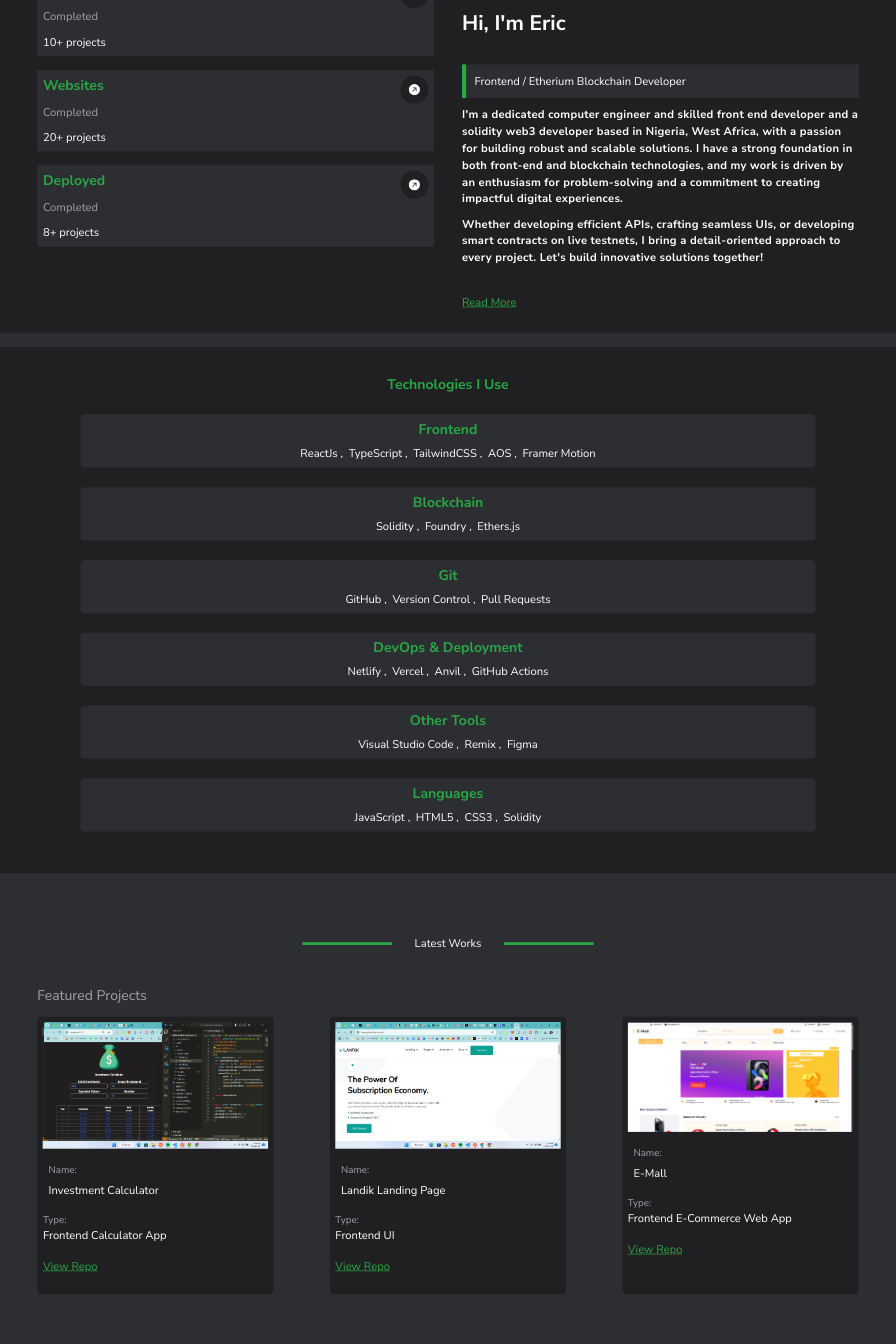
Repository: Rickyy1017/eric-portt
Page: /
An editor plug-in stored every save of this project. The page is shown before and after a run of saves, followed by the edit.
The browser window is 1280 px wide. The pictures show the part of the page from y = 600 to 2520 px (the page is 3998 px tall), at 70% of full size.
The page's requests for data from a server got no answer. The project was rebuilt for these pictures with package versions that can differ from the ones it lists, and the page was loaded fresh each time. No one was signed in, and anything a server would have sent is missing. Also part of the build but not shown: vite.config.js, src/components/loader.css, src/components/sending.css, src/components/Sending.jsx, src/components/Contact.jsx, src/components/About.jsx, src/components/ErrorBoundary.jsx.

Above is the page before, as saved 2025-05-22 09:42:27.

### index.html
<!doctype html>
<html lang="en">

<head>
  <meta charset="UTF-8" />
  <!-- <link rel="icon" type="image/svg+xml" href="/vite.svg" /> -->
  <meta name="viewport" content="width=device-width, initial-scale=1.0" />
  <link rel="stylesheet" href="https://unpkg.com/aos@next/dist/aos.css" />
  <title>Erik</title>
</head>

<body>
  <div id="root"></div>
  <script type="module" src="/src/main.jsx"></script>
  <script type="text/javascript" src="https://cdn.jsdelivr.net/npm/@emailjs/browser@4/dist/email.min.js">
  </script>
  <script>
    // Save scroll position before the page unloads
    window.addEventListener('beforeunload', () => {
      localStorage.setItem('scrollPosition', window.scrollY);
    });

    // Restore scroll position on page load with smooth scroll effect
    window.addEventListener('load', () => {
      const scrollPosition = localStorage.getItem('scrollPosition');
      if (scrollPosition) {
        window.scrollTo(0, 0);

        // Smoothly scroll to saved position after a slight delay
        requestAnimationFrame(() => {
          window.scrollTo({
            top: parseInt(scrollPosition, 10),
            behavior: 'smooth'
          });
        });
      }
    });

  </script>
</body>

</html>

### src/main.jsx
import React, { StrictMode, useEffect } from 'react';
import { createRoot } from 'react-dom/client';
import './index.css';
import App from './App.jsx';
import 'aos/dist/aos.css'; // Import AOS styles
import AOS from 'aos';
import { Toaster } from 'react-hot-toast';

function Main() {
  useEffect(() => {
    AOS.init({
      once:false
    });
  }, []);

  return <App />;
}

createRoot(document.getElementById('root')).render(
  <StrictMode>
    <Main />
    <Toaster/>
  </StrictMode>
);

### src/index.css
@import url('https://fonts.googleapis.com/css2?family=Nunito+Sans:ital,opsz,wght@0,6..12,200..1000;1,6..12,200..1000&family=Rubik:ital,wght@0,300..900;1,300..900&display=swap');

@tailwind base;
@tailwind components;
@tailwind utilities;

:root {
  font-family: Inter, system-ui, Avenir, Helvetica, Arial, sans-serif;
  line-height: 1.5;
  font-weight: 400;
  color-scheme: light dark;
  font-synthesis: none;
  text-rendering: optimizeLegibility;
  -webkit-font-smoothing: antialiased;
  -moz-osx-font-smoothing: grayscale;
}

/* @font-face {
  font-family: 'Nunito Sans';
  src: url('./assets/fonts/Nunito_Sans/NunitoSans-Regular.woff2') format('woff2'),
       url('./assets/fonts/Nunito_Sans/NunitoSans-Regular.woff') format('woff');
  font-weight: 400;
  font-style: normal;
}

@font-face {
  font-family: 'Nunito Sans';
  src: url('/fonts/NunitoSans/NunitoSans-Bold.woff2') format('woff2'),
       url('/fonts/NunitoSans/NunitoSans-Bold.woff') format('woff');
  font-weight: 700;
  font-style: normal;
} */

body {
  margin: 0;
  box-sizing: border-box;
  padding: 0;
  color: white;
  font-family:"Nunito Sans", sans-serif;
}
[data-aos] {
  transition: opacity 0.6s ease, transform 0.6s ease;
}



.react-hot-toast-success > svg {
  color: #fe04b4;
}

### src/App.jsx
import { useState, useEffect } from 'react'
import { BrowserRouter, Route, Routes, useLocation } from 'react-router-dom'
import AppLayout from './utils/AppLayout'
import Home from './components/Home'
import Contact from './components/Contact'
import About from './components/About'
import ErrorBoundary from './components/ErrorBoundary'

function App() {
  // Define routes
  const GeneralRoutes = [
    { path: '/', Component: Home },
    { path: '/contact', Component: Contact },
    { path: '/about', Component: About }
  ];

  return (
    <BrowserRouter>
      <ScrollToTopOnRouteChange />
      <ErrorBoundary>
        <Routes>
          {GeneralRoutes.map((item, i) => (
            <Route
              key={i}
              path={item.path}
              element={
                <AppLayout>
                  <item.Component />
                </AppLayout>
              }
            />
          ))}
        </Routes>
      </ErrorBoundary>
    </BrowserRouter>
  );
}

const  ScrollToTopOnRouteChange =()=> {
  const location = useLocation();
  const scrollToTop = () => {
    window.scrollTo({ top: 0, behavior: 'smooth' });
  };
  useEffect(() => {
    scrollToTop();
  }, [location]);

  return null;
}

export default App;

### src/utils/AppLayout.jsx
import React, { useEffect, useState } from 'react'
import Navbar from '../components/Navbar'
import { AiOutlineMessage } from "react-icons/ai";
import Footer from '../components/Footer'


const AppLayout = ({ children }) => {

  return (
    <div className='w-full  flex flex-col justify-between overflow-x-hidden '>
      <div className="bg-sec z-50 fixed top-0">
        <Navbar />
      </div>
      <div className="bg-[#2d2e32] relative">
        {children}
      </div>
      <Footer />
    </div>
  )
}

export default AppLayout

### src/components/Footer.jsx
import React from 'react'
import { FaGithub } from "react-icons/fa";
import { BsTwitterX } from "react-icons/bs";
import { CiMail } from "react-icons/ci";
import { Link } from 'react-router-dom';

const Footer = () => {
  const apps = [
    {
      img:<BsTwitterX/>,
      link:'https://x.com/Flacko_eth'
    },

    {
      img:<FaGithub/>,
      link:'https://github.com/Rickyy1017'
    },
      {
      img:<CiMail/>,
      link:"mailto:ericjoseph6303@gmail.com?subject=Hello&body=I%20would%20like%20to%20connect%20with%20you."
    },
  ]

  // console.log('footer rendered.')
  return (
    <div className='bg-sec pb-24  h-52 text-white w-full'>
      <div
      data-aos="zoom-in" data-aos-duration="1000"
      className="w-11/12 mt-3  mx-auto gap-10  flex flex-col lg:flex-row  justify-between">
        <div className="flex items-center gap-4">
          <div className="font-bold text-xl">eR!k</div>
          <span className='text-zinc-400'>© 2024 All Right Reserved.</span>
        </div>
        <div  className="flex items-center gap-4">
          {apps.map((app,i) => (
            <Link target='blank' to={app.link} className="text-base cursor-pointer" key={i}>{app.img}</Link>
          ))}
        </div>
      </div>
    </div>
  )
}

export default Footer

### src/components/Hero.jsx
import React, { useEffect, useState } from 'react'
import js from '../assets/js.png'
import eth from '../assets/eth.png'
import react from '../assets/react.png'
import tail from '../assets/tail.png'
import solidity from '../assets/sol.png'
import { AiOutlineMessage } from 'react-icons/ai'

const Hero = ({ num, loading, repo }) => {
    const techs = [

        { name: 'Etherium', image: eth },
        { name: 'Solidity', image: solidity },
        { name: 'React', image: react },

    ]


    return (
        <div className="flex items-center relative w-full bg-[#2d2e32] flex-col lg:flex-row gap-20">

            <div className="flex items-start flex-col gap-6   w-full lg:w-1/2">
                <div data-aos="fade-right"
                    data-aos-duration="1000"
                    data-aos-easing="ease-in-sine"
                    className="px-2 py-1.5 bg-primary rounded-md text-sm font-medium text-white tracking-wide">
                    Front-end / Etheriium Blockchain Developer
                </div>

                <div data-aos="fade-right"
                    className="font-bold text-4xl leading-tight text-gray-200 mt-4">
                    Building Innovative and Scalable Solutions
                </div>

                <div data-aos="fade-left"
                    className="font-light text-lg text-gray-400 mt-2 italic">
                    Creativity, precision, and purpose—let's solve complex challenges and shape the future.
                </div>

                <div data-aos="fade-up"
                    data-aos-duration="2000"
                    className="flex items-start gap-10 lg:gap-20 mt-5 w-full">
                    <div className="flex items-start gap-2">
                        <div className="text-6xl font-bold">4</div>
                        <div className="text-xs text-zinc-400">years of <br /> experience</div>
                    </div>
                    {/* <div className="flex items-start gap-2">
                        <div className="text-6xl font-bold">{loading ? '...' : repo ? repo :num}</div>
                        <div className="text-xs text-zinc-400">projects/ <br />contributions</div>
                    </div> */}
                </div>
            </div>

            <div data-aos="fade-up"
                data-aos-duration="2000"
                className="lg:w-1/2 w-full">
                <div className="mt-10 w-8/12 mx-auto flex items-center justify-center">
                    <img src={tail} className='w-20' alt="tailwind limage" />
                </div>
                <div className="w-8/12 mx-auto flex items-baseline justify-between">
                    {techs.map((im, i) => {
                        const isEven = i % 2 === 0
                        return (
                            <div className={`p-2 bg-black/40 rounded-full  `} key={i}>
                                <img data-aos={`${isEven ? 'fade-left' : 'fade-right'}`} className={``} src={im.image} alt={im.name} />
                            </div>
                        )
                    })}
                </div>
                <div className="mt-10 w-8/12 mx-auto flex items-center justify-center">
                    <img src={js} alt="" />
                </div>
            </div>
        </div>
    )
}

export default Hero

### src/components/Intro.jsx
import React from 'react'
import { BsArrowUpRightCircleFill } from "react-icons/bs";
import { Link } from 'react-router-dom';

const Intro = () => {

    const webs = [
        {
            name: 'Web Applications',
            proj: '10+',
            time: 'Completed'
        },
        {
            name: 'Websites',
            proj: '20+',
            time: 'Completed'
        },
        {
            name: 'Deployed',
            proj: '8+',
            time: 'Completed'
        }
    ]
    return (
        <div className='w-full py-20 bg-sec'>
            <div className="w-11/12  mx-auto flex  lg:h-[27rem] flex-col lg:flex-row  items-start gap-10">
                <div className="flex items-start gap-5 flex-col lg:w-1/2 w-full">
                    {webs.map((item, i) => {
                        return (
                            <div key={i} data-aos="fade-up"
                                data-aos-duration="1000"
                                className="bg-[#2d2e32] flex items-start justify-between w-full p-2">
                                <div className="flex items-start flex-col gap-3">
                                    <div className="text-primary text-xl font-bold">{item.name}</div>
                                    <div className="text-zinc-400">{item.time}</div>
                                    <div className="">{item.proj} projects</div>
                                </div>
                                <div className="p-3 rounded-full bg-sec">
                                    <BsArrowUpRightCircleFill className='' />
                                </div>
                            </div>
                        )
                    })}
                </div>

                <div className="w-full lg:w-1/2 flex py-2 gap-10 items-start justify-between h-full flex-col">
                    <div className="flex items-start gap-5 flex-col">
                        <div className="font-thin text-base">Introduction</div>
                        <div data-aos="fade-left" data-aos-duration="1000" className="font-bold text-3xl">Hi, I'm Eric</div>
                    </div>
                    <div className="flex items-start gap-3 flex-col">
                        <div className="w-full bg-[#2d2e32] gap-3 h-12 flex  items-start">
                            <div className="h-full w-1.5 bg-primary"></div>
                            <div data-aos="fade-right" data-aos-duration="1000" className=" text-base self-center">Frontend / Etherium Blockchain Developer</div>
                        </div>
                        <div data-aos-duration="1000" data-aos="fade-up" className="font-bold tracking-wide text-[1rem] ">I'm a dedicated computer engineer and skilled front end developer and a solidity web3 developer based in Nigeria, West Africa, with a passion for building robust and scalable solutions. I have a strong foundation in both front-end and blockchain technologies, and my work is driven by an enthusiasm for problem-solving and a commitment to creating impactful digital experiences. </div>
                        <div data-aos-duration="1000" data-aos="fade-down" className="font-bold tracking-wide text-[1rem]">Whether developing efficient APIs, crafting seamless UIs, or developing smart contracts on live testnets, I bring a detail-oriented approach to every project. Let's build innovative solutions together!</div>
                    </div>
                    <Link to={`/about`} data-aos="fade-up"
                        data-aos-duration="1000"
                        className="underline text-primary">Read More</Link>
                </div>
            </div>
        </div>
    )
}

export default Intro

### src/components/Repos.jsx
import React, { useCallback, useEffect, useState } from 'react'
import Loader from './Loader'
import { successMessage } from '../utils/utils'
import axios from 'axios'
import { IoMdStar } from "react-icons/io";
import { Link } from 'react-router-dom'
import { IoLogoGithub } from "react-icons/io5";

export const localName = 'Repositories'
const Repos = () => {

    const [data, setData] = useState([])
    const [loading, setLoading] = useState(false)
    const fetchRepos = useCallback(async () => {
        setLoading(true)
        try {
            const res = await axios.get(`https://api.github.com/users/Rickyy1017/repos?per_page=100&page=1`)
            if (res.status !== 200) return;
            // successMessage(`fetch success`)
            localStorage.setItem(localName, JSON.stringify(res.data))
            setData(res.data)
        } catch (error) {
            console.log(`Error in fetching repos ${error}`)
        } finally {
            setLoading(false)
        }
    }, []) // Added empty dependency array here
    useEffect(() => {
        fetchRepos()
    }, [fetchRepos])

    const storedUser = JSON.parse(localStorage.getItem(localName))
    // console.log(data)
    return (
        <div className='w-full py-20 my-10 bg-sec'>
            <div className="pb-10 w-11/12 mx-auto relative">
                <div data-aos='fade-right' data-aos-duration="1000"
                    className="text-xl text-zinc-400 mb-4">Featured Repos</div>
                {loading && <div className="w-full absolute top-1/2 right-1/2 -translate-x-1/2 justify-center flex items-center h-full">
                    <Loader />
                </div>}

                <div
                    data-aos='fade-right' data-aos-duration="1000"
                    className="grid lg:grid-cols-4 grid-cols-1 w-full gap-10 ">
                    {storedUser && storedUser.slice(0, 8).map((item, i) => {
                        const isEven = i % 2 === 0
                        return (
                            <div data-aos={`${isEven ? 'fade-left' : 'fade-right'}`}
                                data-aos-duration='2000'
                                key={i} className="bg-alt flex flex-col justify-between h-40 w-full px-3 py-2 rounded-md">
                                <div className="flex items-center justify-between">
                                    <div className="capitalize">{item.name}</div>
                                    <Link target='blank' className='text-primary underline' to={item?.html_url}>view repo</Link>
                                </div>
                                <div className="flex items-center justify-between">
                                    <div className="flex items-center gap-2">
                                        <div className="flex items-center gap-1">
                                            {Array(3).fill().map((item, i) => (
                                                <div key={i} className="text-primary"><IoMdStar /></div>
                                            ))}
                                        </div>
                                        <div className="text-sm">{item.stargazers_count} <span>stars</span></div>
                                        <div key={i} className="text-primary"><IoLogoGithub /></div>
                                        <div className="text-sm">{item.forks_count} <span>forks</span></div>
                                    </div>
                                </div>
                            </div>
                        )
                    })}
                </div>

            </div>
            <div className="flex items-center justify-around h-10 w-11/12 lg:w-[35%] mx-auto">
                    <div data-aos='fade-up' data-aos-duration='2000' className="w-20 lg:w-32 h-1 bg-primary"></div>
                    <div className="">Latest Repos</div>
                    <div data-aos='fade-up' data-aos-duration='2000' className="w-20 lg:w-32 h-1 bg-primary"></div>
                </div>
        </div>
    )
}

export default Repos

### src/components/Quotes.jsx
import React from 'react'
import { FaQuoteRight } from "react-icons/fa";
import { FaQuoteLeft } from "react-icons/fa";
import { IoMdStar } from "react-icons/io";


const Quotes = () => {
    return (
        <div className='my-10 pb-20'>
            <div className="w-10/12 mx-auto relative">
                <div className="w-full lg:w-1/2 flex items-center flex-col lg:flex-row lg:gap-20">
                    <div data-aos="fade-right" data-aos-duration="1000" className="text-3xl font-bold">Favourite Quotes</div>
                    <div data-aos="fade-left" data-aos-duration="1000" className="text-sm text-zinc-400">My fave motivational quotes.</div>
                </div>
                <div data-aos="flip-down" data-aos-duration="1000" className=" mt-16  bg-sec lg:h-60 rounded-md p-2 relative">
                    <div className="absolute top-3 left-3 text-zinc-400 font-bold text-3xl"><FaQuoteLeft /></div>
                    <div className="absolute bottom-3 right-3 text-zinc-400 font-bold text-3xl"><FaQuoteRight /></div>
                    <div className="mt-10 px-10 flex flex-col gap-4">
                        <div className="flex items-center gap-2">
                            <div className="flex ">
                                {Array(10).fill().map((_, i) => (
                                    <div key={i} className="text-primary"><IoMdStar /></div>
                                ))}
                            </div>
                            <div className="text-sm">10/10</div>
                        </div>
                        <div className="">There will always be doubters and haters but they only get the power you give them, remain focused and never loose faith in yourself - Morgan Freeman</div>
                        <div className="">Death is not the greatest loss in life. The greatest loss is what dies inside while still alive. Never surrender. – 2pac Shakur</div>

                    </div>
                </div>
            </div>
        </div>
    )
}

export default Quotes

### src/components/Techs.jsx
import React from 'react'

const Techs = () => {
    const techs = [
        {
            name: 'Frontend',
            others: ['ReactJs', "TypeScript",  'TailwindCSS', 'AOS', 'Framer Motion']
        },
        {
            name: 'Blockchain',
            others: ['Solidity', 'Foundry', "Ethers.js", ]
        },
        {
            name: 'Git',
            others: ['GitHub', 'Version Control', 'Pull Requests']
        },

        {
            name: 'DevOps & Deployment',
            others: [ 'Netlify', 'Vercel', "Anvil", 'GitHub Actions']
        },
        {
            name: 'Other Tools',
            others: ['Visual Studio Code', 'Remix', 'Figma']
        },
        {
            name: 'Languages',
            others: ['JavaScript', 'HTML5', 'CSS3', 'Solidity']
        }
    ];

    return (
        <div className='py-10 0 w-full bg-sec mt-5'>
            <div className="w-full text-center text-primary font-bold text-xl"> Technologies I Use</div>
            <div className="mt-5 w-10/12 mx-auto flex h-fit  rounded-md  p-2 flex-col items-start justify-start   gap-4">
                {techs.map((tech, i) => {
                    const isEven = i % 2 === 0
                    return (
                        <>
                            <div key={i}  className="flex flex-col items-center gap-2 mb-3 bg-alt w-full p-2 rounded-md">
                                <div className="font-bold text-xl text-primary">{tech.name}</div>
                                <div className=" flex items-center flex-col lg:flex-row gap-2">
                                    {tech.others.map((item, index) => {
                                        const isEven = index % 2 === 0
                                        const lastnum = index === tech.others.length - 1
                                        return (
                                            <div data-aos={`${isEven ? 'zoom-in-up':'zoom-in-down'}`}
                                            data-aos-duration="2000"
                                            key={index} className="">{item} {lastnum ? '' : ','}</div>
                                        )
                                    })}
                                </div>
                            </div>
                        </>
                    )
                })}

            </div>
        </div>
    )
}

export default Techs

### src/components/Loader.jsx
import React from 'react'
import './loader.css'

const Loader = () => {
  return (
    <div className='loader text-sm'></div>
  )
}

export default Loader

Loaded but not shown: src/components/success.json (1 lines, source omitted); src/components/load.json (1 lines, source omitted); src/utils/utils.js (119 lines, source omitted); tailwind.config.js (21 lines, source omitted); src/components/Home.jsx (251 lines, source omitted); src/components/Navbar.jsx (99 lines, source omitted)

After the next 12 saves:
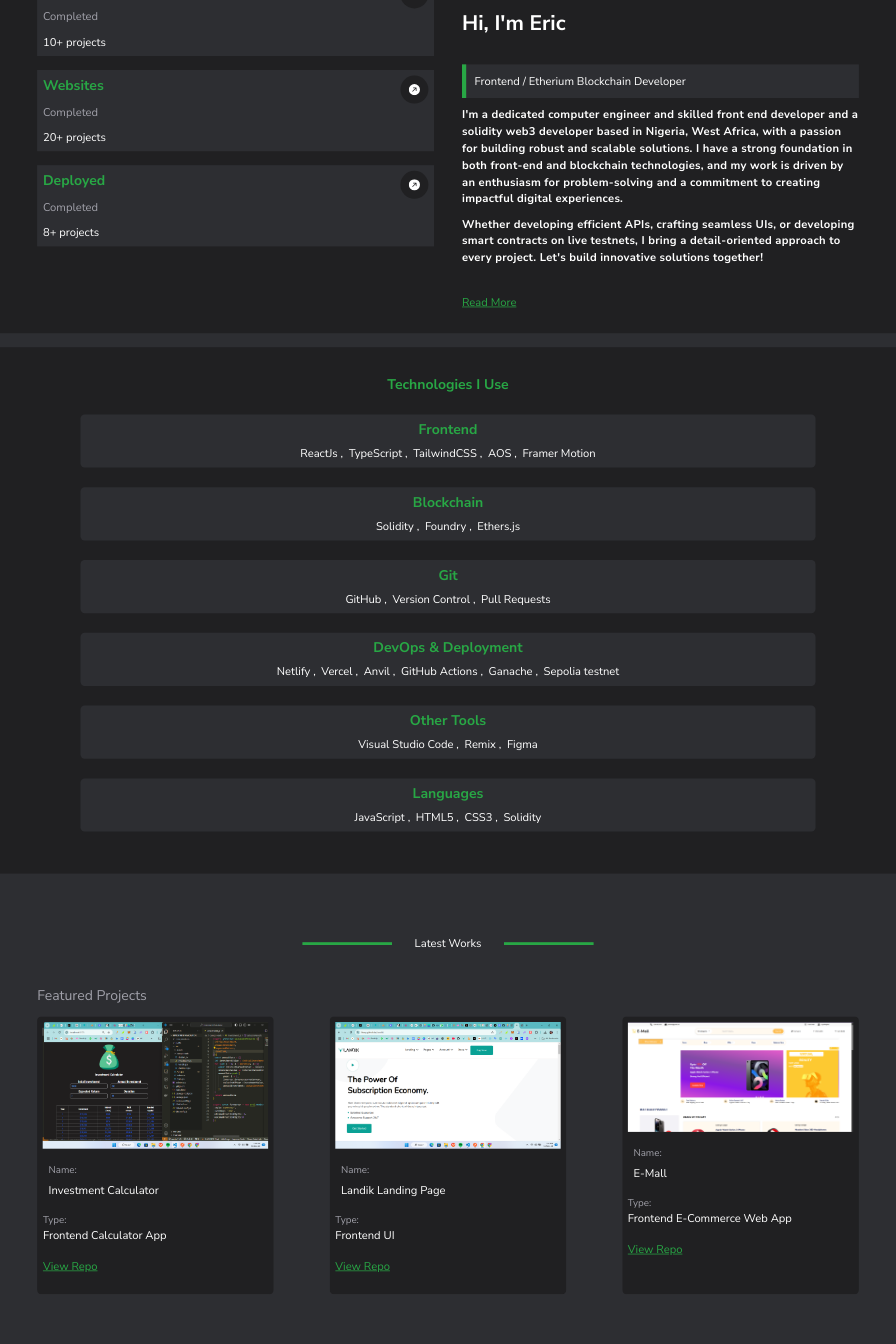
The 12 saves are shown as one change because they came seconds apart.
The last was saved 28 s later.
--- a/src/components/Techs.jsx
+++ b/src/components/Techs.jsx
@@ -17,7 +17,7 @@ const Techs = () => {
 
         {
             name: 'DevOps & Deployment',
-            others: [ 'Netlify', 'Vercel', "Anvil", 'GitHub Actions']
+            others: [ 'Netlify', 'Vercel', "Anvil", 'GitHub Actions', "Ganache", "Sepolia testnet" ]
         },
         {
             name: 'Other Tools',
